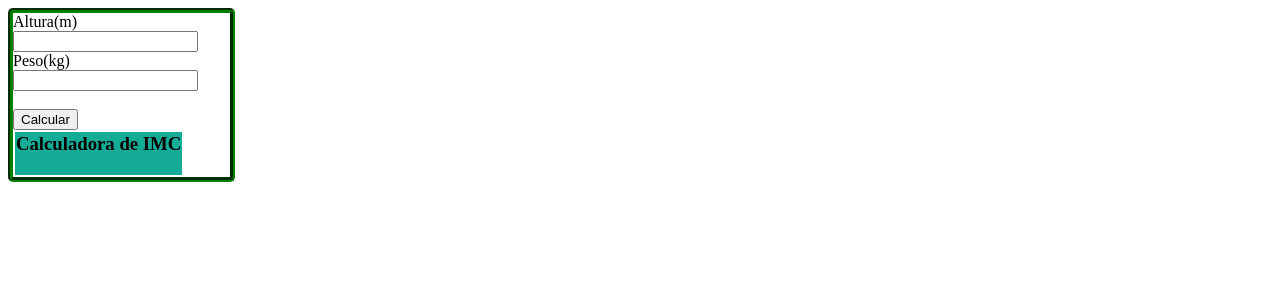
Repository: Patriciamativi/Projetos
Page: index.html
An editor plug-in stored every save of this project. The page is shown before and after a run of saves, followed by the edit.
The browser window is 1280 px wide. The pictures show the whole page.

Above is the page before, as saved 2022-11-21 14:53:52.

After the next 2 saves:
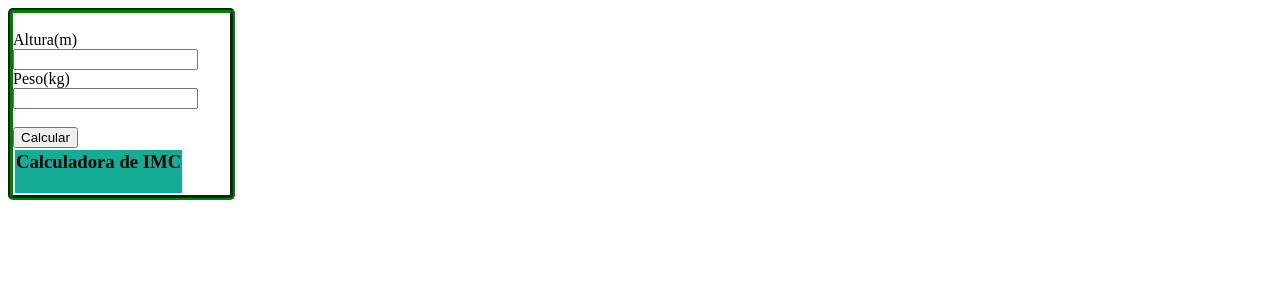
The 2 saves are shown as one change because they came seconds apart.
The last was saved 11 s later.
--- a/index.html
+++ b/index.html
@@ -21,7 +21,7 @@
 <table border="0">
     <body>
          <tr>
-            <td> <h3>Calculadora de IMC</h3> </td>
+            <td> <h3>Calculadora de IMC</h3> </td> </br>
 
             Altura(m)<br/>
             <input type: "number" > </br>
